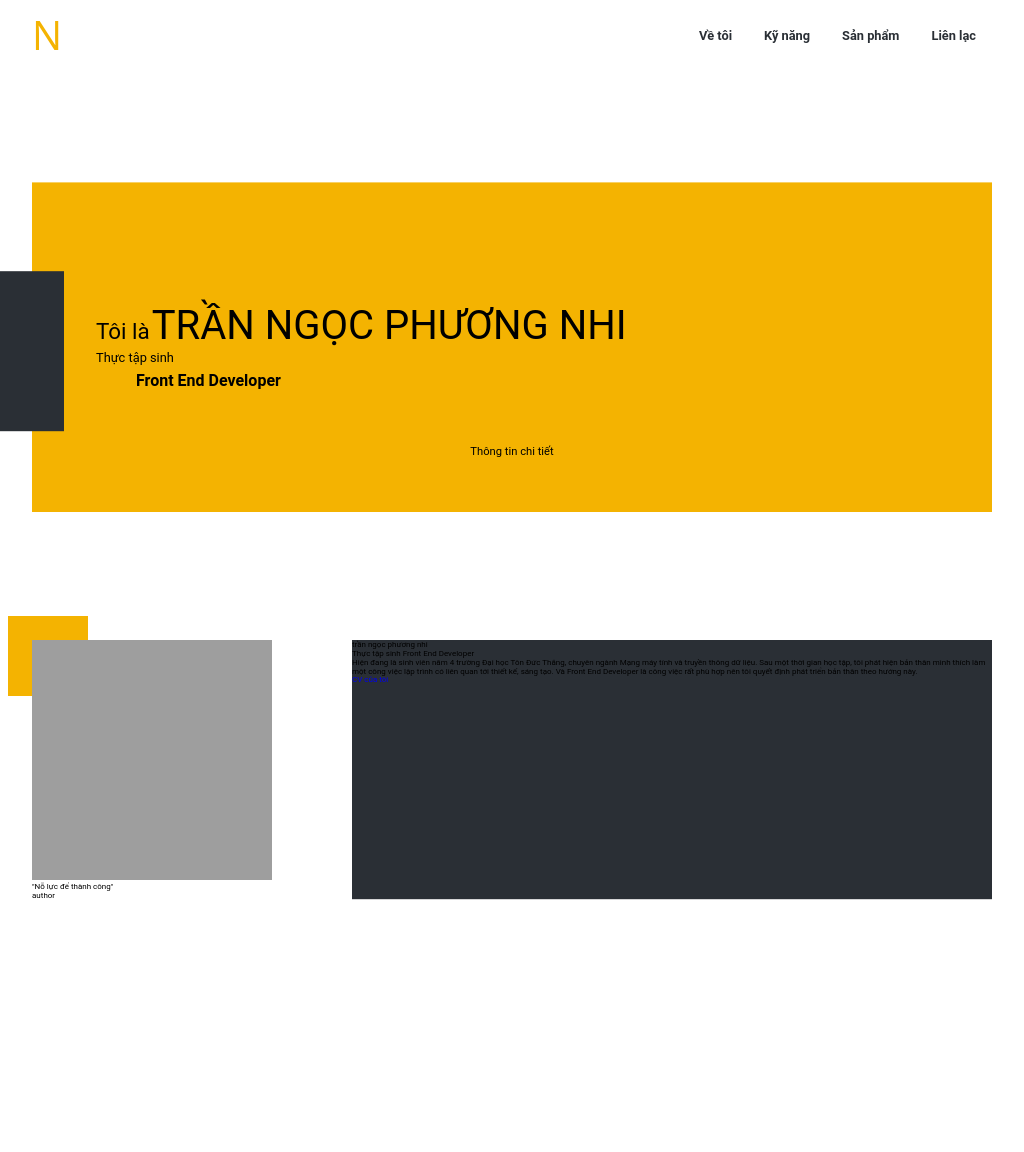
Repository: TranNgocPhuongNhi/my-portfolio
Page: index.html
An editor plug-in stored every save of this project. The page is shown before and after the next save, followed by the edit.
The browser window is 1280 px wide. The pictures show the whole page, at 80% of full size.
Pictures or frames that could not be fetched are drawn as grey boxes. Some icons come from a web library that is not loaded, so they are not drawn. Some web libraries are served in a nearby version.

Above is the page before, as saved 2021-07-04 16:03:25.

### index.html
<!DOCTYPE html>
<html lang="en">
<head>
    <meta charset="UTF-8">
    <meta http-equiv="X-UA-Compatible" content="IE=edge">
    <meta name="viewport" content="width=device-width, initial-scale=1.0">
    <title>My Portfolio</title>
    <link rel="stylesheet" href="https://pro.fontawesome.com/releases/v5.10.0/css/all.css" integrity="sha384-AYmEC3Yw5cVb3ZcuHtOA93w35dYTsvhLPVnYs9eStHfGJvOvKxVfELGroGkvsg+p" crossorigin="anonymous"/>
    <link rel="stylesheet" href="resources/css/main.css">
    <link rel="stylesheet" href="resources/css/responsive.css">
    <link rel="shortcut icon" href="favicon.ico">
</head>
<body>
    <header id="header">
        <nav class="header__nav">
            <div class="container">
                <div class="header__nav-content">
                    <!-- <img src="" alt="logo"> -->
                    <a href="#index.html" class="header__nav-logo">N</a>
                    <ul class="header__nav-list">
                        <li class="nav-item"><a href="#about">Về tôi</a></li>
                        <li class="nav-item"><a href="#skills">Kỹ năng</a></li>
                        <li class="nav-item"><a href="#products">Sản phẩm</a></li>
                        <li class="nav-item"><a href="#contact">Liên lạc</a></li>
                    </ul>
                </div>
            </div>
        </nav>
        <div class="container">
            <div class="header__info">
                <div class="header__info-content">
                    <div class="header__info-name">
                        <span>Tôi là</span>
                        <span class="header__info-fullname">trần ngọc phương nhi</span>
                    </div>
                    <div class="header__info-specialize">
                        <p>Thực tập sinh</p>
                        <p>Front End Developer</p>
                    </div>
                </div>
                <div class="header__info-more">
                    <p>Thông tin chi tiết</p>
                    <div class="header__info-down">
                        <a href="#about">
                            <i class="fal fa-chevron-double-down"></i>
                        </a>
                    </div>
                </div>
            </div>
        </div>

    </header>

    <!-- About me -->
    <section id="about">
        <div class="container">
            <div class="row">
                <div class="col-1-3 about__avatar">
                    <img src="https://media-cdn.laodong.vn/Storage/NewsPortal/2021/2/13/880159/Vuong-Bat-Bac-9.png" alt="my avatar" />
                    <div class="about__quote">
                        <p>"Nỗ lực để thành công"</p>
                        <p>author</p>
                    </div>
                </div>
                <div class="col-3-1 about__content">
                    <div class="about__info">
                        <p>trần ngọc phương nhi</p>
                        <p>Thực tập sinh Front End Developer</p>
                    </div>
                    <p class="about__text">
                        Hiện đang là sinh viên năm 4 trường Đại học  Tôn Đức Thắng,
                        chuyên ngành Mạng máy tính và truyền thông dữ liệu. Sau một
                        thời gian học tập, tôi phát hiện bản thân mình thích làm một
                        công việc lập trình có liên quan tới thiết kế, sáng tạo. Và Front
                        End Developer là công việc rất phù hợp nên tôi quyết định phát
                        triển bản thân theo hướng này.
                    </p>
                    <a href="#" class="about__CV">CV của tôi</a>
                </div>
            </div>
        </div>
    </section>

</body>
</html>

### resources/css/main.css
:root {
    --primary1: #F4B301;
    --primary2: #2A2F35;
    --secondary: #F7F7F7;
    --white: #fff;
    --footer: #3B4046;
}

html {
    font-size: 62.5%;
    font-family: "Roboto", "Helvetica Neue", sans-serif;
    scroll-behavior: smooth;
}

* {
    padding: 0;
    margin: 0;
    box-sizing: border-box;
}

ul, li {
    list-style: none;
}

a {
    text-decoration: none;
}

.container {
    width: 120rem;
    max-width: 100%;
    margin: 0 auto;
}

.row {
    display: flex;
    position: relative;
}

.col-1-3 {
    width: calc(100% / 3);
}

.col-3-1 {
    width: calc(100% * 2 / 3);
}

/* ========================================= HEADER ============================= */
#header {
    height: 100vh;
    position: relative;
}

/* Scroll nav */
.nav-scroll {
    background-color: var(--white);
    box-shadow: 0 0.3rem 1.5rem rgba(0, 0, 0, 0.2);
}

.header__nav {
    padding: 1rem 0;
}

.header__nav-content {
    display: flex;
    justify-content: space-between;
    align-items: center;
}

.header__nav-logo {
    font-size: 5rem;
    font-family: 'Open Sans';
    color: var(--primary1);
}

.header__nav-list {
    display: flex;
}

.nav-item {
    padding: 0 2rem;
}

.nav-item a{
    font-size: 1.6rem;
    font-weight: 600;
    color: var(--primary2);
}

.nav-item a:hover {
    border-bottom: 0.3rem solid var(--primary1);
    animation: toRight 0.4s ease;
}

.header__info {
    background-color: var(--primary1);
    padding: 15rem 8rem;
    position: relative;
    top: 14rem;
}

.header__info::before {
    content: '';
    display: block;
    width: 8rem;
    height: 20rem;
    background-color: var(--primary2);
    position: absolute;
    top: 27%;
    left: -4rem;
}

.header__info-name span:first-child{
    font-size: 2.8rem;
}

.header__info-fullname {
    font-size: 5rem;
    text-transform: uppercase;
}

.header__info-specialize {
    line-height: 1.5;
}

.header__info-specialize p:first-child {
    font-size: 1.6rem;
}

.header__info-specialize p:last-child {
    font-size: 2rem;
    font-weight: bold;
    margin-left: 5rem;
}

.header__info-more {
    text-align: center;
    font-size: 1.4rem;
    line-height: 2;
    position: absolute;
    top: 85%;
    left: 50%;
    transform: translate(-50%, -50%);
}

.header__info-down:hover {
    width: 5rem;
    height: 5rem;
    line-height: 3.5;
    border-radius: 50%;
    border: 2px solid var(--white);
    margin: 0 auto;
    cursor: pointer;
}

.fa-chevron-double-down {
    color: var(--white);
}

/* =========================================== ABOUT ME ====================================== */
#about {
    height: 100vh;
}

.about__avatar,
.about__content {
    margin: 8rem 0;
}

.about__avatar img {
    width: 30rem;
    height: 30rem;
}

.about__avatar::before {
    content: '';
    display: block;
    width: 10rem;
    height: 10rem;
    background-color: var(--primary1);
    position: absolute;
    top: 5rem;
    left: -3rem;
    z-index: -1;
}

.about__content {
    background-color: var(--primary2);
}

/* =========================================== MY SKILLS ====================================== */



/* =========================================== MY PRODUCTS ====================================== */



/* =========================================== CONTACT ME ====================================== */



/* =========================================== ANIMATION ====================================== */
@keyframes toRight {
    0% {
        /* opacity: 0; */
        transform: translateX(-100%);
    }
    100% {
        /* opacity: 1; */
        transform: translateX(0%);
    }
}

### resources/css/responsive.css

/* Large devices (desktops, less than 1200px) */
@media (max-width: 1199.98px) {

}

/* Medium devices (tablets, less than 992px) */
@media (max-width: 991.98px) {

}

/* Small devices (landscape phones, less than 768px) */
@media (max-width: 767.98px) {

}

/* Extra small devices (portrait phones, less than 576px) */
@media (max-width: 575.98px) {

}

After the next save:
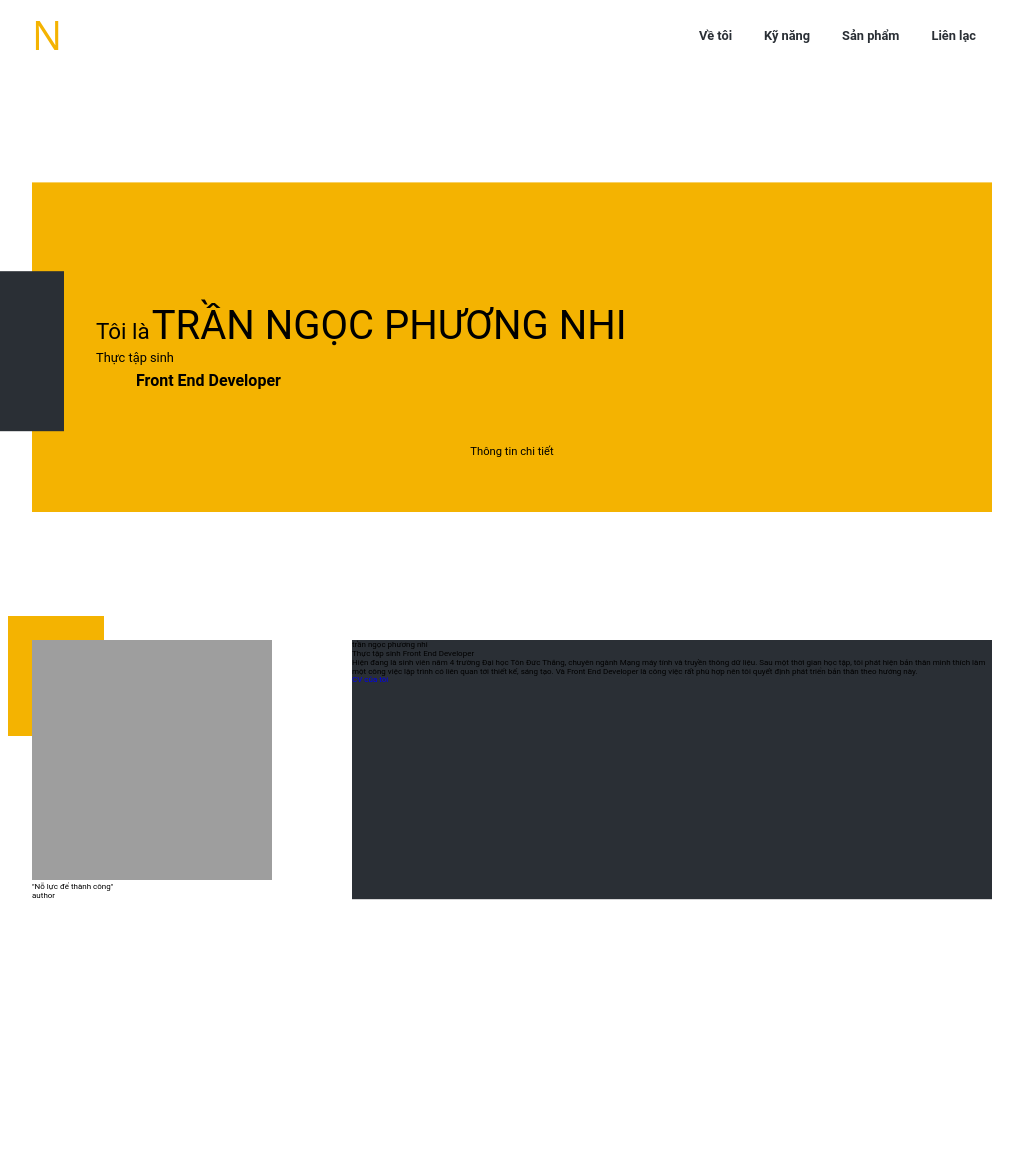
Saved 19 s later.
--- a/resources/css/main.css
+++ b/resources/css/main.css
@@ -175,8 +175,8 @@ a {
 .about__avatar::before {
     content: '';
     display: block;
-    width: 10rem;
-    height: 10rem;
+    width: 12rem;
+    height: 15rem;
     background-color: var(--primary1);
     position: absolute;
     top: 5rem;
